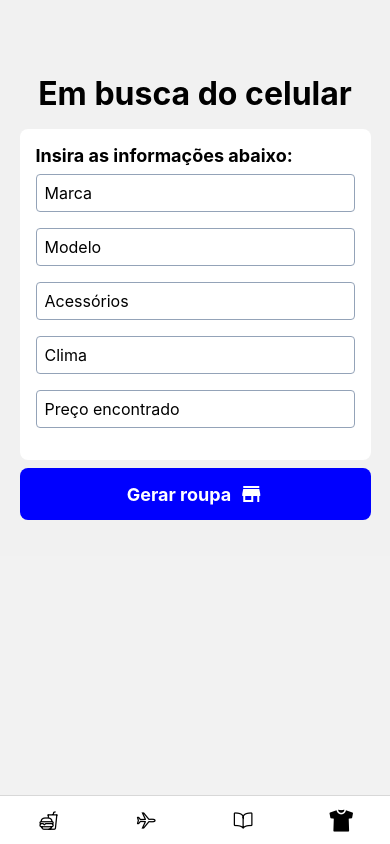
Repository: Matheus904-12/routes
Screen: /Roupas (app in roteamento/)
The author's editor kept a copy of each file at every save. The screen is drawn from the files as they stood at one save, then again after the next save.
The app was drawn by React Native's web renderer in a window 390 px wide. The project was rebuilt for these pictures with package versions that can differ from the ones it lists, and the page was loaded fresh each time. Also part of the build but not shown: roteamento/pages/viagem.js, roteamento/pages/filmes.js.

Above is the screen before, as saved 2024-05-01 17:57:14.

### roteamento/App.tsx
import React from 'react';
import { NavigationContainer } from '@react-navigation/native';
import { Routes } from './routes';

export default function App() {
  return (
    <NavigationContainer>
      <Routes />
    </NavigationContainer>
  );
}

### roteamento/routes.js
import { createBottomTabNavigator } from "@react-navigation/bottom-tabs";
import { Viagem } from './pages/viagem';
import { Livros } from './pages/filmes';
import { Roupas } from './pages/roupas';
import { Receita } from './pages/receita';
import { Ionicons } from '@expo/vector-icons/'

const Tab = createBottomTabNavigator();

export function Routes() {
    return (
        <Tab.Navigator>
            <Tab.Screen
                name="Receita"
                component={Receita}
                options={{
                    tabBarShowLabel: false,
                    headerShown: false,
                    tabBarIcon: ({ focused }) => {
                        if (focused) {
                            return (<Ionicons size={25} color={"#000"} name="fast-food" />)
                        }
                        return (<Ionicons size={20} color={"#000"} name="fast-food-outline" />)
                    }
                }}
            />
            <Tab.Screen
                name="Viagem"
                component={Viagem}
                options={{
                    tabBarShowLabel: false,
                    headerShown: false,
                    tabBarIcon: ({ focused }) => {
                        if (focused) {
                            return (<Ionicons size={25} color={"#000"} name="airplane" />)
                        }
                        return (<Ionicons size={20} color={"#000"} name="airplane-outline" />)
                    }
                }}
            />
            <Tab.Screen
                name="Livros"
                component={Livros}
                options={{
                    tabBarShowLabel: false,
                    headerShown: false,
                    tabBarIcon: ({ focused }) => {
                        if (focused) {
                            return (<Ionicons size={25} color={"#000"} name="book" />)
                        }
                        return (<Ionicons size={20} color={"#000"} name="book-outline" />)
                    }
                }}
            />
            <Tab.Screen
                name="Roupas"
                component={Roupas}
                options={{
                    tabBarShowLabel: false,
                    headerShown: false,
                    tabBarIcon: ({ focused }) => {
                        if (focused) {
                            return (<Ionicons size={25} color={"#000"} name="shirt" />)
                        }
                        return (<Ionicons size={20} color={"#000"} name="shirt-outline" />)
                    }
                }}
            />
        </Tab.Navigator>
    )
}

### roteamento/pages/roupas.js
import React, { useState } from 'react';
import { StyleSheet, Text, View, TextInput, TouchableOpacity, Platform, StatusBar, ScrollView, ActivityIndicator, Alert, Keyboard } from 'react-native';
import { MaterialCommunityIcons } from '@expo/vector-icons';

const alturaStatusBar = StatusBar.currentHeight;
const KEY_GPT = 'SUA_CHAVE_DE_API';

export function Roupas() {

  const [load, defLoad] = useState(false);
  const [receita, defReceita] = useState("");

  const [ingr1, defIngr1] = useState("");
  const [ingr2, defIngr2] = useState("");
  const [ingr3, defIngr3] = useState("");
  const [ingr4, defIngr4] = useState("");
  const [ocasiao, defOcasiao] = useState("");

  async function gerarReceita() {
    if (ingr1 === "" || ingr2 === "" || ingr3 === "" || ingr4 === "" || ocasiao === "") {
      Alert.alert("Atenção", "Informe todas as informações!", [{ text: "Beleza!" }])
      return;
    }
    defReceita("");
    defLoad(true);
    Keyboard.dismiss();

    const prompt = `Sugira celulares, dicas personalizadas de sobre o dispositivo pesquisado com base na ${ocasiao} e preferencias de configuração: ${ingr1}, ${ingr2}, ${ingr3} e ${ingr4} e pesquise lojas onlines e avaliações sobre o que celular entrega. Caso encontre vídeos no youtube, informe o link.`;

    fetch("https://api.openai.com/v1/chat/completions", {
      method: "POST",
      headers: {
        "Content-Type": "application/json",
        Authorization: `Bearer ${KEY_GPT}`
      },
      body: JSON.stringify({
        model: "gpt-3.5-turbo",
        messages: [
          {
            role: 'user',
            content: prompt
          }
        ],
        temperature: 0.20,
        max_tokens: 500,
        top_p: 1,
      })
    })
      .then(response => response.json())
      .then((data) => {
        console.log(data.choices[0].message.content);
        defReceita(data.choices[0].message.content)
      })
      .catch((error) => {
        console.log(error);
      })
      .finally(() => {
        defLoad(false);
      })
  }

  return (
    <ScrollView>
         <View style={ESTILOS.container}>
      <StatusBar barStyle="dark-content" translucent={true} backgroundColor="#F1F1F1" />
      <Text style={ESTILOS.header}>Em busca do celular</Text>
      <View style={ESTILOS.form}>
        <Text style={ESTILOS.label}>Insira as informações abaixo:</Text>
        <TextInput
          placeholder="Marca"
          style={ESTILOS.input}
          value={ingr1}
          onChangeText={(texto) => defIngr1(texto)}
        />
        <TextInput
          placeholder="Modelo"
          style={ESTILOS.input}
          value={ingr2}
          onChangeText={(texto) => defIngr2(texto)}
        />
        <TextInput
          placeholder="Acessórios"
          style={ESTILOS.input}
          value={ingr3}
          onChangeText={(texto) => defIngr3(texto)}
        />
        <TextInput
          placeholder="Clima"
          style={ESTILOS.input}
          value={ingr4}
          onChangeText={(texto) => defIngr4(texto)}
        />
        <TextInput
          placeholder="Preço encontrado"
          style={ESTILOS.input}
          value={ocasiao}
          onChangeText={(texto) => defOcasiao(texto)}
        />
      </View>

      <TouchableOpacity style={ESTILOS.button} onPress={gerarReceita}>
        <Text style={ESTILOS.buttonText}>Gerar roupa</Text>
        <MaterialCommunityIcons name="store" size={24} color="#FFF" />
      </TouchableOpacity>

      <ScrollView contentContainerStyle={{ paddingBottom: 24, marginTop: 4, }} style={ESTILOS.containerScroll} showsVerticalScrollIndicator={false} >
        {load && (
          <View style={ESTILOS.content}>
            <Text style={ESTILOS.title}>Procurando roupas...</Text>
            <ActivityIndicator color="#000" size="large" />
          </View>
        )}

        {receita && (
          <View style={ESTILOS.content}>
            <Text style={ESTILOS.title}>A roupa ideal aqui 👇</Text>
            <Text style={{ lineHeight: 24 }}>{receita} </Text>
          </View>
        )}
      </ScrollView>
    </View>
    </ScrollView>
  );
}

const ESTILOS = StyleSheet.create({
  container: {
    flex: 1,
    backgroundColor: '#f1f1f1',
    alignItems: 'center',
    paddingTop: 20,
  },
  header: {
    fontSize: 32,
    fontWeight: 'bold',
    paddingTop: Platform.OS === 'android' ? alturaStatusBar : 54
  },
  form: {
    backgroundColor: '#FFF',
    width: '90%',
    borderRadius: 8,
    padding: 16,
    marginTop: 16,
    marginBottom: 8,
  },
  label: {
    fontWeight: 'bold',
    fontSize: 18,
    marginBottom: 8,
  },
  input: {
    borderWidth: 1,
    borderRadius: 4,
    borderColor: '#94a3b8',
    padding: 8,
    fontSize: 16,
    marginBottom: 16,
  },
  button: {
    backgroundColor: 'blue',
    width: '90%',
    borderRadius: 8,
    flexDirection: 'row',
    padding: 14,
    justifyContent: 'center',
    alignItems: 'center',
    gap: 8,
  },
  buttonText: {
    fontSize: 18,
    color: '#FFF',
    fontWeight: 'bold'
  },
  content: {
    backgroundColor: '#FFF',
    padding: 16,
    width: '100%',
    marginTop: 16,
    borderRadius: 8,
  },
  title: {
    fontSize: 18,
    fontWeight: 'bold',
    textAlign: 'center',
    marginBottom: 14
  },
  containerScroll: {
    width: '90%',
    marginTop: 8,
  }
});

### roteamento/pages/receita.js
import React, { useState } from 'react';
import { StyleSheet, Text, View, TextInput, TouchableOpacity, Platform, StatusBar, ScrollView, ActivityIndicator, Alert, Keyboard } from 'react-native';
import { MaterialCommunityIcons } from '@expo/vector-icons';

const alturaStatusBar = StatusBar.currentHeight;
const KEY_GPT = 'SUA_CHAVE_DE_API';

export function Receita() {

    const [load, defLoad] = useState(false);
    const [receita, defReceita] = useState("");

    const [ingr1, defIngr1] = useState("");
    const [ingr2, defIngr2] = useState("");
    const [ingr3, defIngr3] = useState("");
    const [ingr4, defIngr4] = useState("");
    const [ocasiao, defOcasiao] = useState("");

    async function gerarReceita() {
        if (ingr1 === "" || ingr2 === "" || ingr3 === "" || ingr4 === "" || ocasiao === "") {
            Alert.alert("Atenção", "Informe todos os ingredientes!", [{ text: "Beleza!" }])
            return;
        }
        defReceita("");
        defLoad(true);
        Keyboard.dismiss();

        const prompt = `Sugira uma receita detalhada para o ${ocasiao} usando os ingredientes: ${ingr1}, ${ingr2}, ${ingr3} e ${ingr4} e pesquise a receita no YouTube. Caso encontre, informe o link.`;

        fetch("https://api.openai.com/v1/chat/completions", {
            method: "POST",
            headers: {
                "Content-Type": "application/json",
                Authorization: `Bearer ${KEY_GPT}`
            },
            body: JSON.stringify({
                model: "gpt-3.5-turbo",
                messages: [
                    {
                        role: 'user',
                        content: prompt
                    }
                ],
                temperature: 0.20,
                max_tokens: 500,
                top_p: 1,
            })
        })
            .then(response => response.json())
            .then((data) => {
                console.log(data.choices[0].message.content);
                defReceita(data.choices[0].message.content)
            })
            .catch((error) => {
                console.log(error);
            })
            .finally(() => {
                defLoad(false);
            })
    }

    return (
        <ScrollView>
            <View style={ESTILOS.container}>
                <StatusBar barStyle="dark-content" translucent={true} backgroundColor="#F1F1F1" />
                <Text style={ESTILOS.header}>Receitas Fáceis</Text>
                <View style={ESTILOS.form}>
                    <Text style={ESTILOS.label}>Insira os ingredientes abaixo:</Text>
                    <TextInput
                        placeholder="Ingrediente 1"
                        style={ESTILOS.input}
                        value={ingr1}
                        onChangeText={(texto) => defIngr1(texto)}
                    />
                    <TextInput
                        placeholder="Ingrediente 2"
                        style={ESTILOS.input}
                        value={ingr2}
                        onChangeText={(texto) => defIngr2(texto)}
                    />
                    <TextInput
                        placeholder="Ingrediente 3"
                        style={ESTILOS.input}
                        value={ingr3}
                        onChangeText={(texto) => defIngr3(texto)}
                    />
                    <TextInput
                        placeholder="Ingrediente 4"
                        style={ESTILOS.input}
                        value={ingr4}
                        onChangeText={(texto) => defIngr4(texto)}
                    />
                    <TextInput
                        placeholder="Almoço ou Jantar"
                        style={ESTILOS.input}
                        value={ocasiao}
                        onChangeText={(texto) => defOcasiao(texto)}
                    />
                </View>

                <TouchableOpacity style={ESTILOS.button} onPress={gerarReceita}>
                    <Text style={ESTILOS.buttonText}>Gerar receita</Text>
                    <MaterialCommunityIcons name="food-variant" size={24} color="#FFF" />
                </TouchableOpacity>

                <ScrollView contentContainerStyle={{ paddingBottom: 24, marginTop: 4, }} style={ESTILOS.containerScroll} showsVerticalScrollIndicator={false} >
                    {load && (
                        <View style={ESTILOS.content}>
                            <Text style={ESTILOS.title}>Produzindo receita...</Text>
                            <ActivityIndicator color="#000" size="large" />
                        </View>
                    )}

                    {receita && (
                        <View style={ESTILOS.content}>
                            <Text style={ESTILOS.title}>Sua receita 👇</Text>
                            <Text style={{ lineHeight: 24 }}>{receita} </Text>
                        </View>
                    )}
                </ScrollView>
            </View>
        </ScrollView>
    );
}

const ESTILOS = StyleSheet.create({
    container: {
        flex: 1,
        alignItems: 'center',
        paddingTop: 20,
    },
    header: {
        fontSize: 32,
        fontWeight: 'bold',
        paddingTop: Platform.OS === 'android' ? alturaStatusBar : 54
    },
    form: {
        backgroundColor: '#FFF',
        width: '90%',
        borderRadius: 8,
        padding: 16,
        marginTop: 16,
        marginBottom: 8,
    },
    label: {
        fontWeight: 'bold',
        fontSize: 18,
        marginBottom: 8,
    },
    input: {
        borderWidth: 1,
        borderRadius: 4,
        borderColor: '#94a3b8',
        padding: 8,
        fontSize: 16,
        marginBottom: 16,
    },
    button: {
        backgroundColor: 'blue',
        width: '90%',
        borderRadius: 8,
        flexDirection: 'row',
        padding: 14,
        justifyContent: 'center',
        alignItems: 'center',
        gap: 8,
    },
    buttonText: {
        fontSize: 18,
        color: '#FFF',
        fontWeight: 'bold'
    },
    content: {
        backgroundColor: '#FFF',
        padding: 16,
        width: '100%',
        marginTop: 16,
        borderRadius: 8,
    },
    title: {
        fontSize: 18,
        fontWeight: 'bold',
        textAlign: 'center',
        marginBottom: 14
    },
    containerScroll: {
        width: '90%',
        marginTop: 8,
    }
});

After the next save:
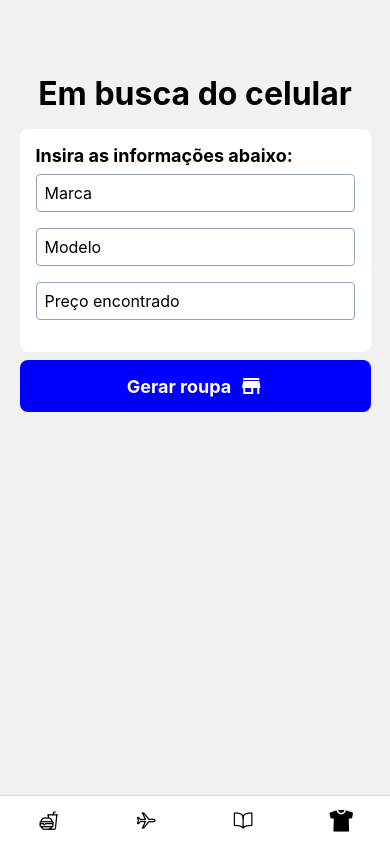
Saved 50 s later.
--- a/roteamento/pages/roupas.js
+++ b/roteamento/pages/roupas.js
@@ -77,18 +77,6 @@ export function Roupas() {
           style={ESTILOS.input}
           value={ingr2}
           onChangeText={(texto) => defIngr2(texto)}
-        />
-        <TextInput
-          placeholder="Acessórios"
-          style={ESTILOS.input}
-          value={ingr3}
-          onChangeText={(texto) => defIngr3(texto)}
-        />
-        <TextInput
-          placeholder="Clima"
-          style={ESTILOS.input}
-          value={ingr4}
-          onChangeText={(texto) => defIngr4(texto)}
         />
         <TextInput
           placeholder="Preço encontrado"
